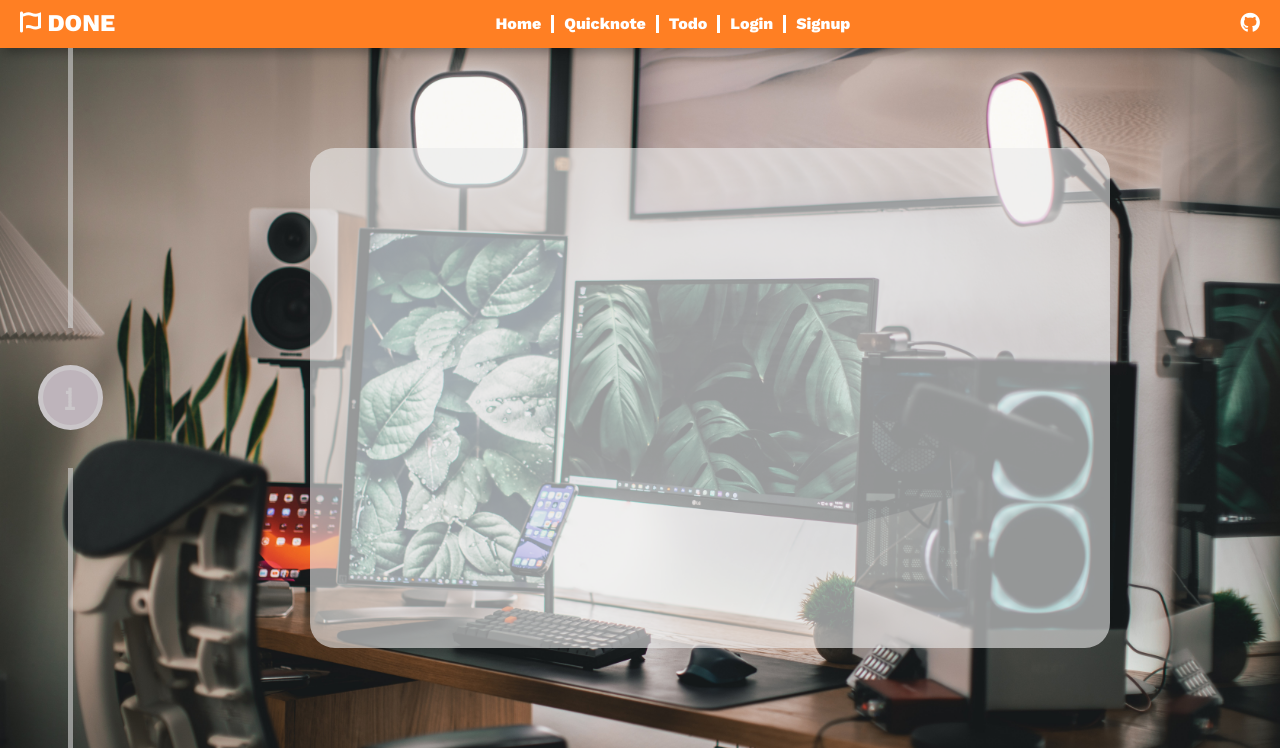
Repository: OmarEssameldinMousa/DONE
Page: quicknote.html
These files come from the project's save history. The page is drawn as it stood at one moment and after the next save; the edit follows.
The browser window is 1280 px wide. The pictures show the whole page.
Some web fonts or font styles are not loaded; a fallback is used.

Above is the page before, as saved 2023-12-17 23:24:44.

After the next save:
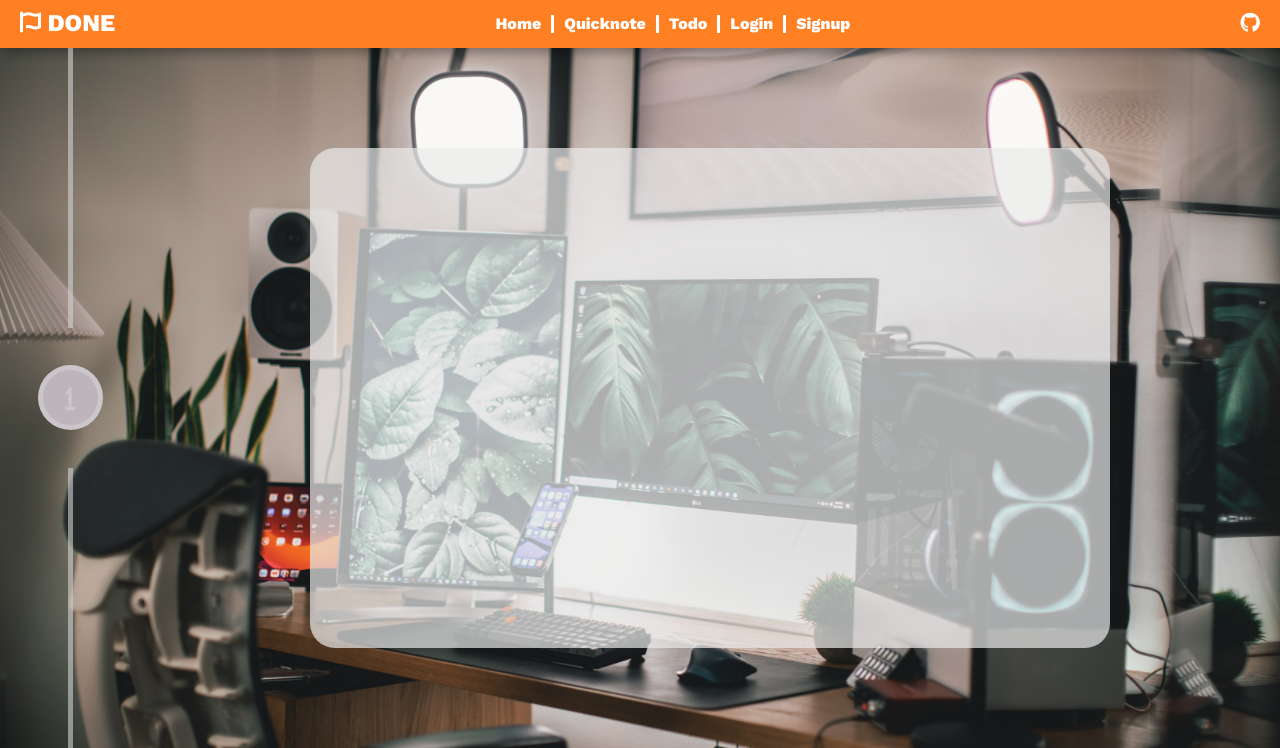
Saved 21 s later.
--- a/CSS/challenges.css
+++ b/CSS/challenges.css
@@ -115,13 +115,12 @@ body {
 }
 
 .container1{
-    background-color: rgba(235, 235, 235, 0.6);
+    background-color: rgba(235, 235, 235, 0.694);
     width: 800px;
     height: 500px;
     margin: 50px auto;
     border: 5px solid #ff7f23;
     border-radius: 25px;
-
     border-width: 0;
     transition: 0.3s;
     position: relative;
